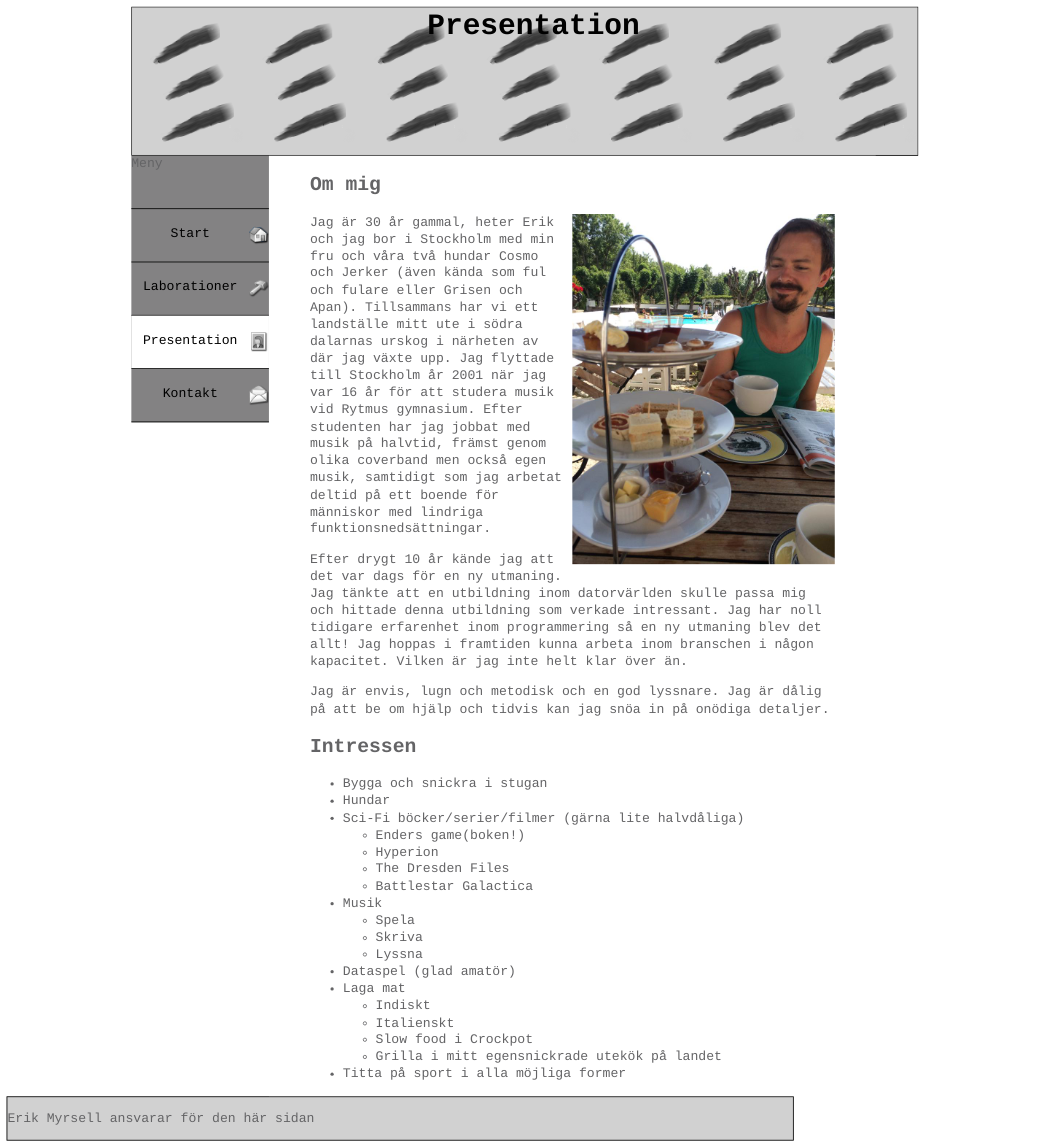
Repository: em222mt/1IK415_em222mt
Page: pages/presentation.html
The author's editor kept a record of every edit. The page is drawn from the files as they stood at one moment, then again after the next edit.
The browser window is 1280 px wide. The pictures show the whole page, at 82% of full size.

Above is the page before.

### pages/presentation.html
<!doctype html>
<html lang="sv">

<head>
    <meta charset="utf-8">
    <meta name="viewport" content="width=device-width, initial scale=1.0">

    <title>Presentation</title>

    <link rel="stylesheet" media="only screen and (min-width: 482px)" href="../css/basic.css">
    <link rel="stylesheet" media="print" href="../css/print.css">
    <link rel="stylesheet" media="only screen and (max-width: 481px)" href="../css/sscreen.css">

    <link rel="shortcut icon" href="../pics/favicon.png" type="png">
    <link rel="apple-touch-icon" href="../pics/apple-touch-icon-small.png">
    <link rel="apple-touch-icon" sizes="114x114" href="../pics/apple-touch-icon-big.png">

    <script>
        document.createElement("header");
        document.createElement("hgroup");
        document.createElement("footer");
        document.createElement("article");
        document.createElement("main");
        document.createElement("section");
        document.createElement("nav");
        document.createElement("aside");
        document.createElement("address");
    </script>
</head>

    <!-- Startpunkt -->

    <body>
        <div id="container">

            <header>
                <h1 class="headertitle">Presentation</h1>
            </header>

            <nav>

                <ul>
                    <li>Meny</li>
                    <li><a href="../index.html">Start</a><a id="home-icon" href="../index.html"></a></li>
                    <li><a href="laborationer.html">Laborationer</a><a id="work-icon" href="laborationer.html"></a></li>
                    <li class="active"><a href="presentation.html">Presentation</a><a id="bio-icon" href="presentation.html"></a></li>
                    <li><a href="kontakt.html">Kontakt</a><a id="contact-icon" href="kontakt.html"></a></li>
                </ul>

            </nav>

            <main>



            <h2>Om mig</h2>

            <img id="biopic" src="../pics/tea.jpg" alt="Sommar med Afternoon tea på Häringe slott" width="360" height="480">

                <p>Jag är 30 år gammal, heter Erik och jag bor i Stockholm med min fru och våra två hundar Cosmo och Jerker (även kända som ful och fulare eller Grisen och Apan).
                   Tillsammans har vi ett landställe mitt ute i södra dalarnas urskog i närheten av där jag växte upp. Jag flyttade till Stockholm år 2001 när jag var 16 år för att studera musik vid
                   Rytmus gymnasium. Efter studenten har jag jobbat med musik på halvtid, främst genom olika coverband men också egen musik, samtidigt som jag arbetat deltid på ett boende för människor med
                   lindriga funktionsnedsättningar.
                </p>
                <p>Efter drygt 10 år kände jag att det var dags för en ny utmaning. Jag tänkte att en utbildning inom datorvärlden skulle passa mig och hittade denna utbildning som verkade intressant.
                   Jag har noll tidigare erfarenhet inom programmering så en ny utmaning blev det allt! Jag hoppas i framtiden kunna arbeta inom branschen i någon kapacitet. Vilken är jag inte helt klar över än.
                </p>
                <p>Jag är envis, lugn och metodisk och en god lyssnare. Jag är dålig på att be om hjälp och tidvis kan jag snöa in på onödiga detaljer.
                </p>

            <h2>Intressen</h2>

                <ul>
                    <li>Bygga och snickra i stugan</li>
                    <li>Hundar</li>
                    <li>Sci-Fi böcker/serier/filmer (gärna lite halvdåliga)
                        <ul>
                            <li>Enders game(boken!)</li>
                            <li>Hyperion</li>
                            <li>The Dresden Files</li>
                            <li>Battlestar Galactica</li>
                        </ul>
                    </li>
                    <li>Musik
                        <ul>
                            <li>Spela</li>
                            <li>Skriva</li>
                            <li>Lyssna</li>
                        </ul>
                    </li>
                    <li>Dataspel (glad amatör)</li>
                    <li>Laga mat
                        <ul>
                            <li>Indiskt</li>
                            <li>Italienskt</li>
                            <li>Slow food i Crockpot</li>
                            <li>Grilla i mitt egensnickrade utekök på landet</li>
                        </ul>
                    </li>
                    <li>Titta på sport i alla möjliga former</li>
                </ul>

            </div>

            <div id="footer">

                <p>Erik Myrsell ansvarar för den här sidan</p>

            </div>
        </div>
    </body>
</html>

### css/basic.css
/*
Background main: #FFFFFF
Background aside: #838283
Background header/footer: #D1D1D1
text-color: #646466
*/

/*Layout*/

article, aside, details, figcaption, figure,
footer, header, hgroup, main, menu, nav,
section{
    display: block;
}

a:link 	    { color: black; }
a:visited 	{ color: gray; }
a:focus 	{ color: #838283; }
a:hover	    { color: #6495ED; background-color: white;}
a:active 	{ color: #FFFFFF; }

/*Container*/

#container {
    max-width: 960px;
    overflow: auto;
    margin: 0 auto;
}

/*----------------------------------------*/

/*Header*/

header h1 {
    border-style: solid;
    border-width: 1px;
    width: 958px;
    background-color: #D1D1D1;
    background-image: url(../pics/Logo5.png);
    background-repeat: round;
    background-position: left;
    text-indent: 300px;
    height: 180px;
}

header h2 {
    margin: 0 auto;
    border: 3px solid #838283;
    border-top-right-radius: 30px;
    border-top-left-radius: 30px;
    border-bottom-right-radius: 30px;
    border-bottom-left-radius: 30px;
}

.pageheader {
    margin: 10px 10px 10px 10px;
    text-align: center;
}

/*----------------------------------------*/

/*Navigation*/

nav {
    float: left;
    color: #646466;
    background-color: #838283;
    width: 168px;
}

nav li{
    border-bottom: 1px solid black;
    height: 64px;
}

nav a{
    float: left;
}

nav ul {
    list-style-type: none;
    margin: 0;
    padding: 0;
}

#container > nav > ul > li:nth-child(1) > h3{
    color: black;
    font-weight: bold;
    font-size: 1.2em;
    text-align: center;
}

nav a:nth-child(2) {
    float: left;
    background-image: url(pics/sprite.png);
    display: block;
    width: 24px;
    height: 24px;
    position: relative;
    top: 20px;
}

#home-icon          { background-position: 0 -48px;}
#home-icon:hover    { background-position: 0 0;}

#work-icon          { background-position: 0 -144px; }
#work-icon:hover    { background-position: 0 -96px; }

#bio-icon           { background-position: 0 -240px;}
#bio-icon:hover     { background-position: 0 -192px;}

#contact-icon       { background-position: 0 -336px;}
#contact-icon:hover { background-position: 0 -288px;}


nav a:nth-child(1){
    display: block;
    width: 144px;
    height: 43px;
    padding-top: 20px;
    text-align: center;
    color: black;
    text-decoration: none;

}

nav li:hover:nth-child(n+2) { color: #6495ED; background-color: white;}

li.active {
    background-color: white;
}

/*----------------------------------------*/

/*Content*/

main {
    float: left;
    max-width: 788px;
    background-color: #FFFFFF;
    padding-right: 50px;
    padding-left: 50px;
}

main, p {
    color: #646466;
    font-family: courier , serif;
    line-height: 130%;
    width: 640px;
}

.entry a {
    text-decoration: none;
    color: #838283;
    margin-left: 30px;
    border: 1px solid #838283;
    border-top-right-radius: 10px;
    border-top-left-radius: 10px;
    border-bottom-right-radius: 10px;
    border-bottom-left-radius: 10px;
}

.entryfooter {
    font-style: italic;
    border: none;
    background-color: white;

}

.blog {
    border-bottom: 2px solid #838283;
}
.comments {
    background-color: #F9F7FF;

}

h4 {
    font-weight: bold;
}

.commentfooter {
    font-style: italic;
}

/*----------------------------------------*/

/*Footer*/

#footer {
    border-style: solid;
    border-width: 1px;
    clear: both;
    max-width: 958px;
    background-color: #D1D1D1;
}

/*----------------------------------------*/

/*Presentation*/

#biopic{
    float: right;
    width: 50%;
    height: 50%;
    margin-left: 10px;
    margin-bottom: 10px;
}

/*----------------------------------------*/

/*Storleksanpassat bild i inlägg 2*/
#gubbe {
    max-width: 450px;
}

/*fonts*/
h1, h2, h3, ul, ol, li, form, a {
    color: #646466;
    font-family: courier , serif;
    line-height: 130%;
}

/*----------------------------------------*/

/*Tabell på laboration.html*/

main table tr td {
    width: 40%;
    border: 2px solid #838283;
    text-align: center;
    border-top-right-radius: 5px;
    border-bottom-right-radius: 5px;

}

#table th {
    border: 2px solid #838283;
    font-size: 1.03em;
    border-top-right-radius: 5px;
    border-bottom-right-radius: 5px;
}

tfoot {
    font-size: 1.03em;
}

/*----------------------------------------*/

/*Anpassat headerns text*/

.headertitle {
    margin: 0 auto;
    text-indent: 360px;
    color: black;
    font-size: 2.25em;
}

/*----------------------------------------*/

/*Lagt till en bild vid blogginläggen*/

.entry {
    background-image: url(../pics/post.png);
    background-repeat: no-repeat;
    background-position: top left;
    text-indent: 35px;
}
.entrypic {
    float: right;
    width: 35%;
}

/*----------------------------------------*/

/*Formulär och hcard*/

#form fieldset {
    width: 350px;
    background-color: #D1D1D1;
}

.formframe {
    font-weight: bold;
}

.formunit {
    float: left;
    width: 100%;
}

#formtitle {
    display: none;
}

#formcontainer {
    margin-left: 20%;
}

.vcard {
    max-width: 80%;
    color: #838283;
    margin-left: 50px;
    margin-top: 30px;
    margin-bottom: 30px;
    border: 2px solid #838283;
    border-top-right-radius: 10px;
    border-top-left-radius: 10px;
    border-bottom-right-radius: 10px;
    border-bottom-left-radius: 10px;
    padding-left: 10px;
    padding-right: 10px;
    text-align: center;
    float: left;

}

#hcard-Erik-Hans-Gustav-Myrsell > img {

    max-width: 96%;
    margin: 10px 10px 10px 10px;
    padding-bottom: 10px;
    border-bottom: 2px solid #838283;
}

#hcard-Erik-Hans-Gustav-Myrsell > a.url.fn.n {

    border: 2px solid #838283;
    text-decoration: none;
    text-align: center;
}

#hcard-Erik-Hans-Gustav-Myrsell > p {
    text-align: left;
}
/*------------------------------------*/

### css/print.css
/*
Background main: #FFFFFF
Background aside: #838283
Background header/footer: #D1D1D1
text-color: #646466
*/

/*Layout*/

a:link 	    { color: black; }
a:visited 	{ color: gray; }
a:focus 	{ color: #838283; }
a:hover	    { color: #6495ED; }
a:active 	{ color: #FFFFFF; }

/*Tryck ihop text för utskrift och ändra färgr*/

@media print {
    a, h1, h2, h3, p, table {
        color: #000000;
        background-color: #ffffff;
        max-width: 500px;
    }
}

@media print {
    ul, ol, dl, li {
        color: #000000;
        background-color: #ffffff;
        max-width: 400px;
    }
}
/*--------------------------------------*/

/*Content*/
@media print {
    #content {
        color: #000000;
        background-color: #ffffff;
        /*display: none;*/
        border: none;
        max-width: 960px;
    }
}
/*--------------------------------------*/

/*Dölj bilder och annan media*/

@media print {
    #gubbe {
        display: none;
    }
}

@media print {
#blogg > div:nth-child(2) > img {
    display: none;
}
}

@media print {
.video {
    display: none;
}
}

@media print {
#bild {
    display: none;
}
}
/*--------------------------------------*/

@media print{
       a:after{content:" (" attr(href) ") ";

       }
}
/*Navigation*/

@media print {
#navigation {
    display: none;
    border: none;
    color: #ffffff;
    background-color: #ffffff;
    }
}
/*--------------------------------------*/

/*header*/

@media print {
    #header {
        color: #ffffff;
        background-color: #ffffff;
        display: none;
        border: none;
        border-style: none;
    }
}
/*--------------------------------------*/

/*header*/
@media print {
    #footer {
        color: #000000;
        background-color: #ffffff;
        display: none;
        border: none;
        border-style: none;
    }
}
/*--------------------------------------*/

### css/sscreen.css
/*Layout*/

article, aside, details, figcaption, figure,
footer, header, hgroup, main, menu, nav,
section{
    display: block;
}

a:link 	    { color: black; }
a:visited 	{ color: gray; }
a:focus 	{ color: #838283; }
a:hover	    { color: #6495ED; background-color: white;}
a:active 	{ color: #FFFFFF; }

/*----------------------------------------*/

/*Fonts*/
h1, ul, ol, form, a, p {
    color: #646466;
    font-family: courier , serif;
    line-height: 130%;
    font-size: 0.9em;
}

h2, h3, li {
    color: #646466;
    font-family: courier , serif;
    line-height: 130%;
}

h2 {
    text-align: center;
}


/*Container*/

#container {
    width: auto;
}

/*----------------------------------------*/

/*Header*/

header h1 {
    border-style: solid;
    border-width: 1px;
    max-width: 100%;
    background-color: #D1D1D1;
    background-image: url(../pics/Logo5.png);
    background-repeat: repeat;
    background-position: left;
    text-align: center;
}

header h2 {
    margin: 0 auto;
    border: 3px solid #838283;
    border-top-right-radius: 30px;
    border-top-left-radius: 30px;
    border-bottom-right-radius: 30px;
    border-bottom-left-radius: 30px;
}

#bloggheader {
    margin: 10px 10px 10px 10px;
    text-align: center;
}



/*Content*/

main {
        width: auto;
        float: none;
        text-align: left;
        padding: 0 0 0 0;
        margin: 0 0 0 0;
}

main > ol:nth-child(7) > li:nth-child(4) > ol > li{

    word-break: break-all;
}

.entry a {
    text-decoration: none;
    color: #838283;
    margin-left: 30px;
    border: 1px solid #838283;
    border-top-right-radius: 10px;
    border-top-left-radius: 10px;
    border-bottom-right-radius: 10px;
    border-bottom-left-radius: 10px;
}

.entryfooter {
    font-style: italic;
    border: none;
    background-color: white;

}

.blog {
    border-bottom: 2px solid #838283;
}

.comments {
    background-color: #F9F7FF;
}

h4 {
    font-weight: bold;
}

.commentfooter {
    font-style: italic;
}


/*----------------------------------------*/


/*Navigation*/

nav {
        width: auto;
}

nav{
    color: #646466;
    background-color: #838283;
    max-width: 100%;
}

nav li{
    border-bottom: 1px solid black;
    height: 64px;
    font-size: 1.1em;
}

nav a{
    float: left;
}

nav ul {
    list-style-type: none;
    margin: 0;
    padding: 0;
}

#container > nav > ul > li:nth-child(1) > h3{
    color: black;
    font-weight: bold;
    font-size: 1.2em;
    text-align: center;
}

nav a:nth-child(2) {
    float: left;
    background-image: url(pics/sprite.png);
    display: block;
    width: 24px;
    height: 24px;
    position: relative;
    top: 20px;
}

#home-icon          { background-position: 0 -48px;}
#home-icon:hover    { background-position: 0 0;}

#work-icon          { background-position: 0 -144px; }
#work-icon:hover    { background-position: 0 -96px; }

#bio-icon           { background-position: 0 -240px;}
#bio-icon:hover     { background-position: 0 -192px;}

#contact-icon       { background-position: 0 -336px;}
#contact-icon:hover { background-position: 0 -288px;}


nav a:nth-child(1){
    float: right;
    display: block;
    width: 270px;
    height: 43px;
    padding-top: 20px;
    text-indent: 10px;
    color: black;
    text-decoration: none;
}

nav li:hover:nth-child(n+2) { color: #6495ED; background-color: white;}



li.active {
    background-color: white;
}

/*----------------------------------------*/


/*Bilder*/

img {
    max-width: 100%;
}

/*----------------------------------------*/


.entry {
    background-image: url(../pics/post.png);
    background-repeat: no-repeat;
    background-position: top left;
    text-indent: 35px;
}

.headertitle {
    margin: 0 auto;
    color: black;
    font-size: 2.25em;
}

h3 {
    text-align: center;
}

/*----------------------------------------*/

/*Footer*/

#footer {
    border-style: solid;
    border-width: 1px;
    clear: both;
    background-color: #D1D1D1;

}
/*----------------------------------------*/

/*Formulär*/

#form fieldset {
    max-width: 100%;
    background-color: #D1D1D1;
}

.formframe {
    font-weight: bold;
}

.formunit {
    float: left;
    width: 100%;
}

#recepientemail
{
    width: 70%;
}

#recepienttwitter
{
    width: 60%;
}

#recepientfacebook
{
    width: 50%;
}

#formsubmit
{
    margin-top: 15px;
    margin-bottom: 15px;
    alignment-adjust: middle;
}

#form input {
    max-width: 95%;
}

#formtitle {
    display: none;
}
/*----------------------------------------*/

/*Tabell på laboration.html*/

main table tr td {
    width: 40%;
    border: 2px solid #838283;
    text-align: center;
    border-top-right-radius: 5px;
    border-bottom-right-radius: 5px;

}

#table th {
    border: 2px solid #838283;
    font-size: 1.03em;
    border-top-right-radius: 5px;
    border-bottom-right-radius: 5px;
}

tfoot {
    font-size: 1.03em;
}

After the next edit:
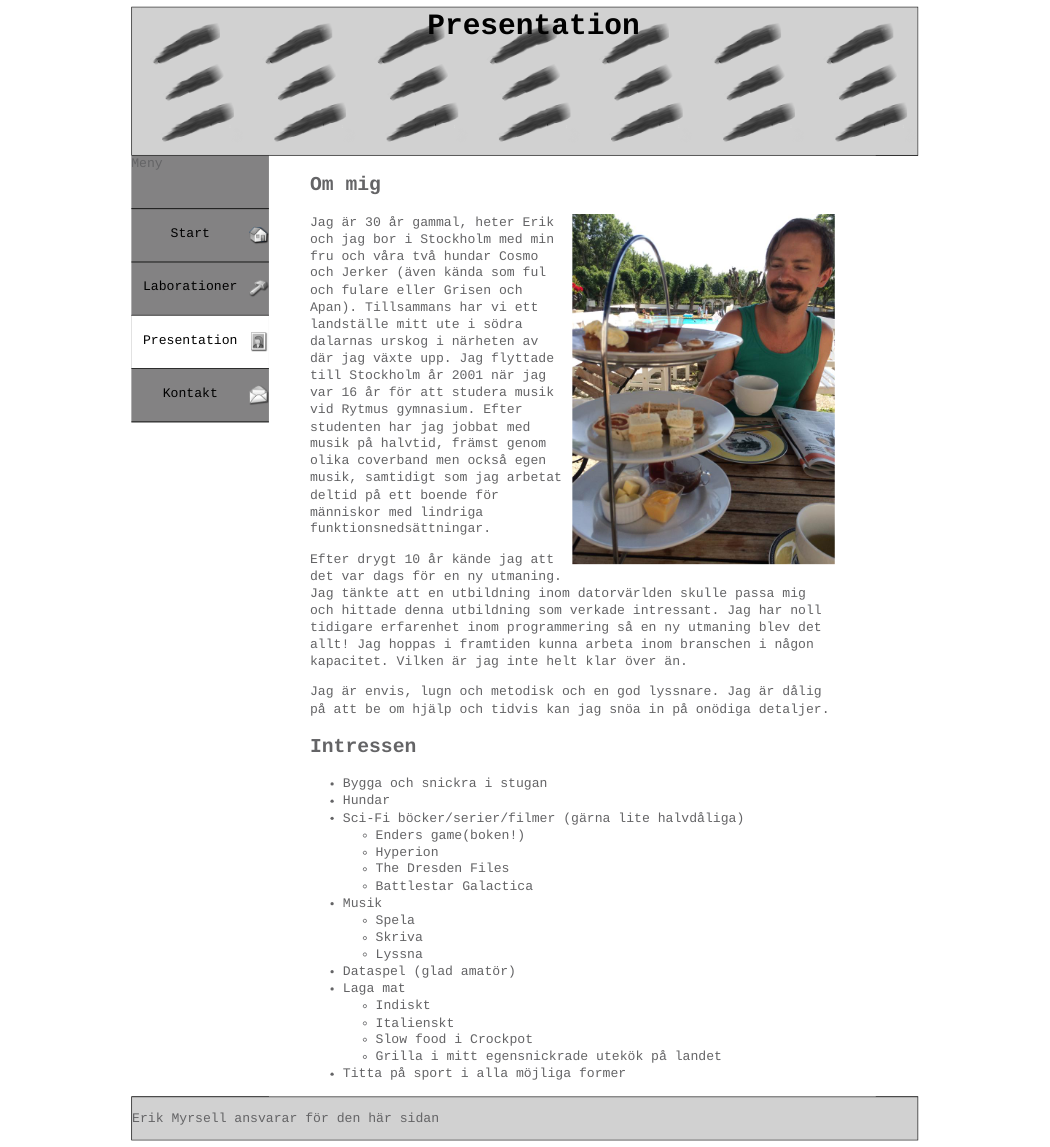
The edit:
--- a/pages/presentation.html
+++ b/pages/presentation.html
@@ -100,7 +100,7 @@
                     <li>Titta på sport i alla möjliga former</li>
                 </ul>
 
-            </div>
+            </main>
 
             <div id="footer">
 
